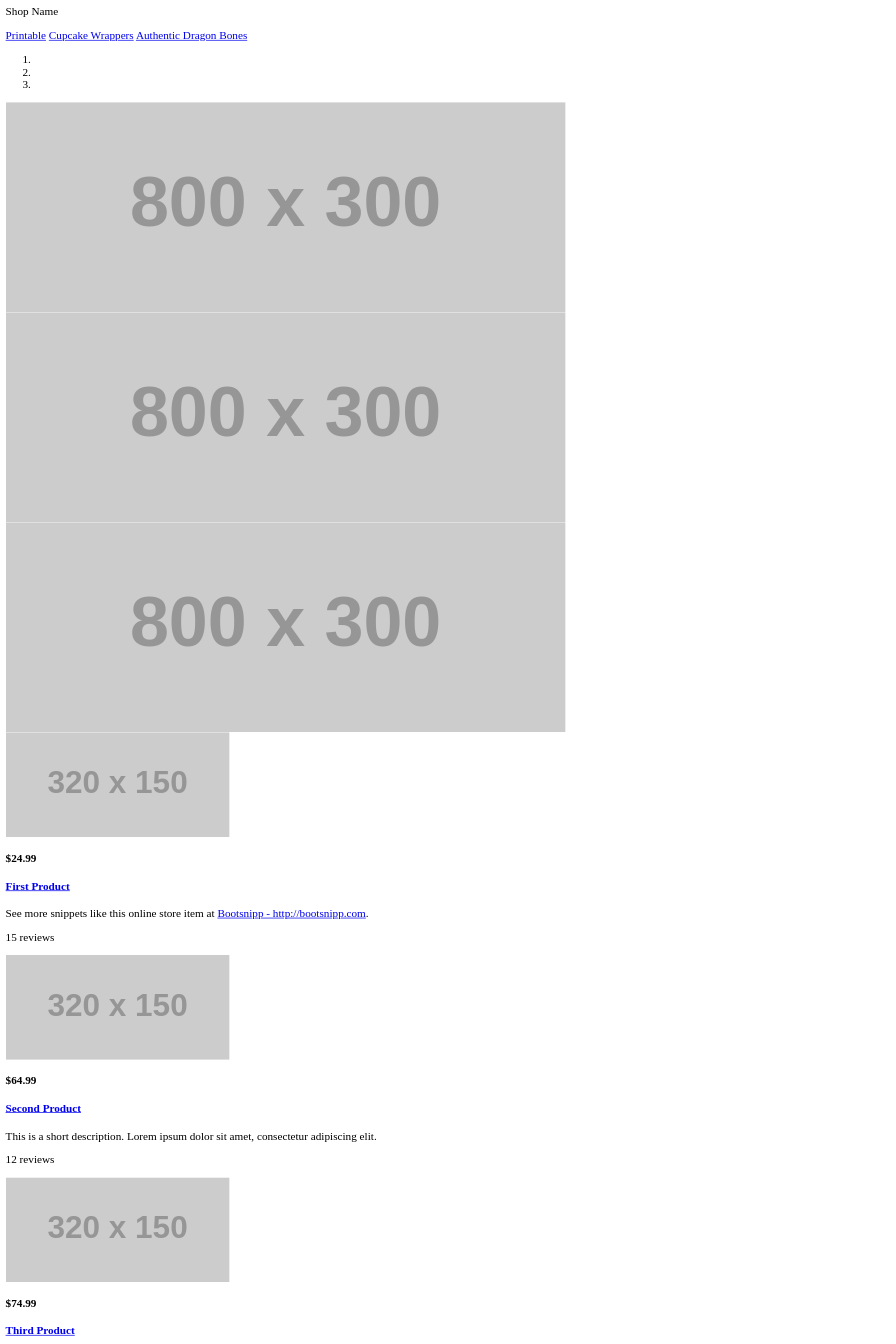
Repository: CodyHuynhThinh/java-app-servlet
Page: http://localhost/java-app/views/web/home.jsp
An editor plug-in stored every save of this project. The page is shown before and after the next save, followed by the edit.
The browser window is 1280 px wide. The pictures show the part of the page from y = 0 to 1920 px (the page is 2740 px tall before and 2780 px after), at 70% of full size.
The page is served by Tomcat 9. Nobody is signed in. The application's start-up code is not run. Other server files are loaded and not shown.

Above is the page before, as saved 2022-06-15 02:15:18.

### java-app/src/main/webapp/views/web/home.jsp
<div class="row">

            <div class="col-md-3">
                <p class="lead">Shop Name</p>
                <div class="list-group">
                    <a href="#" class="list-group-item">Printable</a>
                    <a href="#" class="list-group-item">Cupcake Wrappers</a>
                    <a href="#" class="list-group-item">Authentic Dragon Bones</a>
                </div>
            </div>

            <div class="col-md-9">

                <div class="row carousel-holder">

                    <div class="col-md-12">
                        <div id="carousel-example-generic" class="carousel slide" data-ride="carousel">
                            <ol class="carousel-indicators">
                                <li data-target="#carousel-example-generic" data-slide-to="0" class="active"></li>
                                <li data-target="#carousel-example-generic" data-slide-to="1"></li>
                                <li data-target="#carousel-example-generic" data-slide-to="2"></li>
                            </ol>
                            <div class="carousel-inner">
                                <div class="item active">
                                    <img class="slide-image" src="http://placehold.it/800x300" alt="">
                                </div>
                                <div class="item">
                                    <img class="slide-image" src="http://placehold.it/800x300" alt="">
                                </div>
                                <div class="item">
                                    <img class="slide-image" src="http://placehold.it/800x300" alt="">
                                </div>
                            </div>
                            <a class="left carousel-control" href="#carousel-example-generic" data-slide="prev">
                                <span class="glyphicon glyphicon-chevron-left"></span>
                            </a>
                            <a class="right carousel-control" href="#carousel-example-generic" data-slide="next">
                                <span class="glyphicon glyphicon-chevron-right"></span>
                            </a>
                        </div>
                    </div>

                </div>

                <div class="row">

                    <div class="col-sm-4 col-lg-4 col-md-4">
                        <div class="thumbnail">
                            <img src="http://placehold.it/320x150" alt="">
                            <div class="caption">
                                <h4 class="pull-right">$24.99</h4>
                                <h4><a href="#">First Product</a>
                                </h4>
                                <p>See more snippets like this online store item at <a target="_blank" href="http://www.bootsnipp.com">Bootsnipp - http://bootsnipp.com</a>.</p>
                            </div>
                            <div class="ratings">
                                <p class="pull-right">15 reviews</p>
                                <p>
                                    <span class="glyphicon glyphicon-star"></span>
                                    <span class="glyphicon glyphicon-star"></span>
                                    <span class="glyphicon glyphicon-star"></span>
                                    <span class="glyphicon glyphicon-star"></span>
                                    <span class="glyphicon glyphicon-star"></span>
                                </p>
                            </div>
                        </div>
                    </div>

                    <div class="col-sm-4 col-lg-4 col-md-4">
                        <div class="thumbnail">
                            <img src="http://placehold.it/320x150" alt="">
                            <div class="caption">
                                <h4 class="pull-right">$64.99</h4>
                                <h4><a href="#">Second Product</a>
                                </h4>
                                <p>This is a short description. Lorem ipsum dolor sit amet, consectetur adipiscing elit.</p>
                            </div>
                            <div class="ratings">
                                <p class="pull-right">12 reviews</p>
                                <p>
                                    <span class="glyphicon glyphicon-star"></span>
                                    <span class="glyphicon glyphicon-star"></span>
                                    <span class="glyphicon glyphicon-star"></span>
                                    <span class="glyphicon glyphicon-star"></span>
                                    <span class="glyphicon glyphicon-star-empty"></span>
                                </p>
                            </div>
                        </div>
                    </div>

                    <div class="col-sm-4 col-lg-4 col-md-4">
                        <div class="thumbnail">
                            <img src="http://placehold.it/320x150" alt="">
                            <div class="caption">
                                <h4 class="pull-right">$74.99</h4>
                                <h4><a href="#">Third Product</a>
                                </h4>
                                <p>This is a short description. Lorem ipsum dolor sit amet, consectetur adipiscing elit.</p>
                            </div>
                            <div class="ratings">
                                <p class="pull-right">31 reviews</p>
                                <p>
                                    <span class="glyphicon glyphicon-star"></span>
                                    <span class="glyphicon glyphicon-star"></span>
                                    <span class="glyphicon glyphicon-star"></span>
                                    <span class="glyphicon glyphicon-star"></span>
                                    <span class="glyphicon glyphicon-star-empty"></span>
                                </p>
                            </div>
                        </div>
                    </div>

                    <div class="col-sm-4 col-lg-4 col-md-4">
                        <div class="thumbnail">
                            <img src="http://placehold.it/320x150" alt="">
                            <div class="caption">
                                <h4 class="pull-right">$84.99</h4>
                                <h4><a href="#">Fourth Product</a>
                                </h4>
                                <p>This is a short description. Lorem ipsum dolor sit amet, consectetur adipiscing elit.</p>
                            </div>
                            <div class="ratings">
                                <p class="pull-right">6 reviews</p>
                                <p>
                                    <span class="glyphicon glyphicon-star"></span>
                                    <span class="glyphicon glyphicon-star"></span>
                                    <span class="glyphicon glyphicon-star"></span>
                                    <span class="glyphicon glyphicon-star-empty"></span>
                                    <span class="glyphicon glyphicon-star-empty"></span>
                                </p>
                            </div>
                        </div>
                    </div>

                    <div class="col-sm-4 col-lg-4 col-md-4">
                        <div class="thumbnail">
                            <img src="http://placehold.it/320x150" alt="">
                            <div class="caption">
                                <h4 class="pull-right">$94.99</h4>
                                <h4><a href="#">Fifth Product</a>
                                </h4>
                                <p>This is a short description. Lorem ipsum dolor sit amet, consectetur adipiscing elit.</p>
                            </div>
                            <div class="ratings">
                                <p class="pull-right">18 reviews</p>
                                <p>
                                    <span class="glyphicon glyphicon-star"></span>
                                    <span class="glyphicon glyphicon-star"></span>
                                    <span class="glyphicon glyphicon-star"></span>
                                    <span class="glyphicon glyphicon-star"></span>
                                    <span class="glyphicon glyphicon-star-empty"></span>
                                </p>
                            </div>
                        </div>
                    </div>

                    <div class="col-sm-4 col-lg-4 col-md-4">
                        <h4><a href="#">Like this template?</a>
                        </h4>
                        <p>If you like this template, then check out <a target="_blank" href="http://maxoffsky.com/code-blog/laravel-shop-tutorial-1-building-a-review-system/">this tutorial</a> on how to build a working review system for your online store!</p>
                        <a class="btn btn-primary" target="_blank" href="http://maxoffsky.com/code-blog/laravel-shop-tutorial-1-building-a-review-system/">View Tutorial</a>
                    </div>

                </div>

            </div>

        </div>

After the next save:
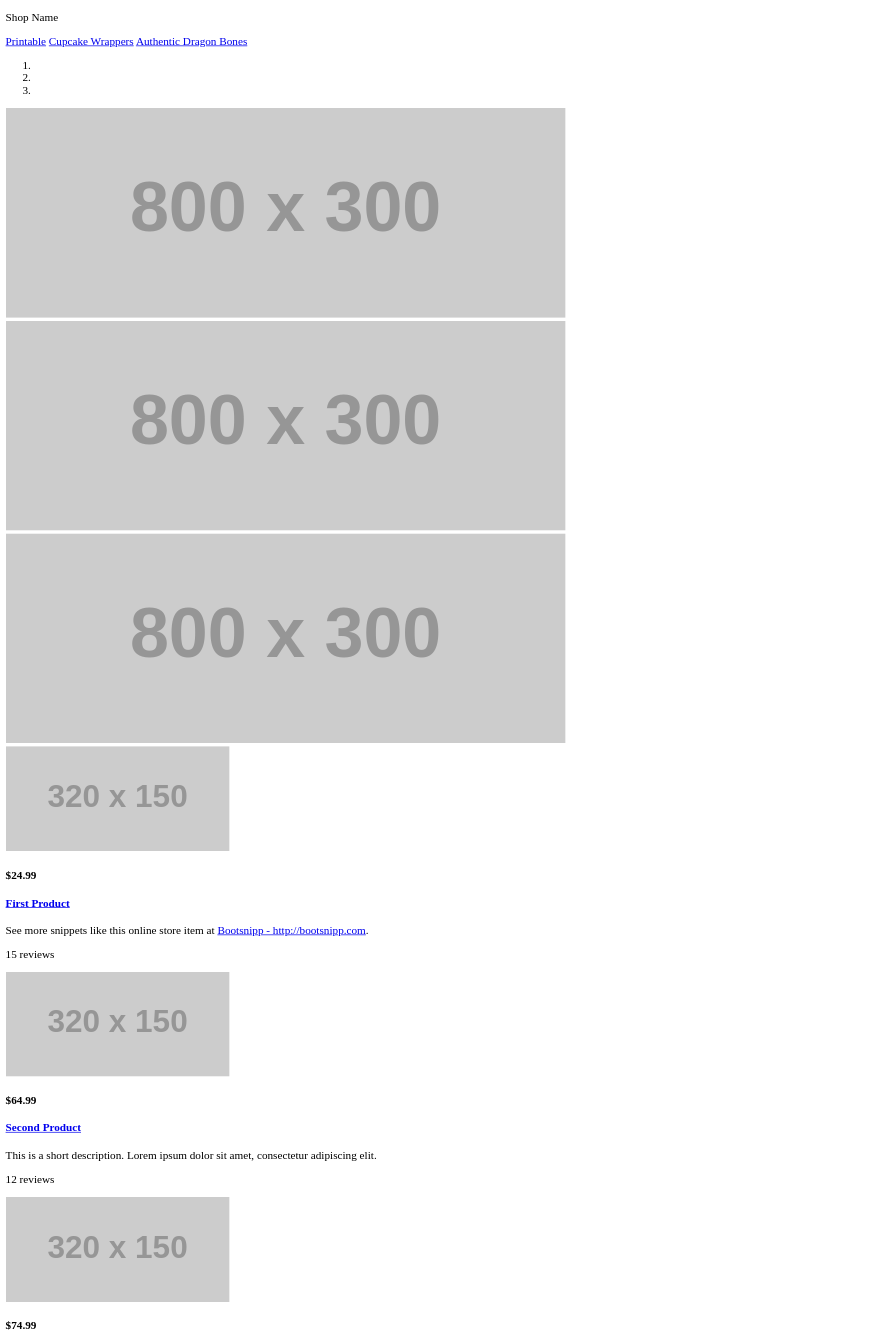
Saved 8 min 13 s later.
--- a/java-app/src/main/webapp/views/web/home.jsp
+++ b/java-app/src/main/webapp/views/web/home.jsp
@@ -1,3 +1,12 @@
+<%@ page language="java" contentType="text/html; charset=UTF-8"
+    pageEncoding="UTF-8"%>
+<!DOCTYPE html>
+<html>
+<head>
+<meta charset="UTF-8">
+<title>Admin Home</title>
+</head>
+<body>
 <div class="row">
 
             <div class="col-md-3">
@@ -166,3 +175,5 @@
             </div>
 
         </div>
+</body>
+</html>
